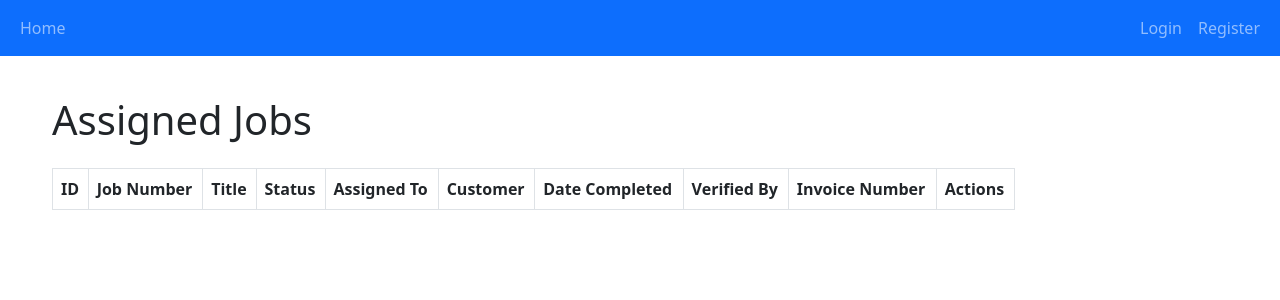
Repository: Matsikembareb/myPowervision
Page: 01prototype/myPowervision/templates/job_management/technician/assigned_jobs.html
The author's editor kept a copy of each file at every save. The page is drawn from the files as they stood at one save, then again after the next save.
The browser window is 1280 px wide. The pictures show the whole page.
The page is served by the project's application, run on Flask 3 (01prototype/myPowervision/__init__.py). Other server files are loaded and not shown. The template is opened directly, without the code that normally fills it, so the values that code supplies are empty.

Above is the page before, as saved 2025-10-01 13:04:58.

### 01prototype/myPowervision/templates/job_management/technician/assigned_jobs.html
{% extends "base.html" %}
{% block content %}
<div class="container mt-4">
    <h1 class="mb-4">Assigned Jobs</h1>
    <table class="table table-bordered">
        <thead>
            <tr>
                <th>ID</th>
                <th>Job Number</th>
                <th>Title</th>
                <th>Status</th>
                <th>Assigned To</th>
                <th>Customer</th>
                <th>Date Completed</th>
                <th>Verified By</th>
                <th>Invoice Number</th>
                <th>Actions</th>
            </tr>
        </thead>
        <tbody>
            {% for job in jobs %}
            <tr>
                <td>{{ job.id }}</td>
                <td>{{ job.job_number or "N/A" }}</td>
                <td>{{ job.title }}</td>
                <td>{{ job.status or "N/A" }}</td>
                <td>{{ job.assigned_to.username if job.assigned_to else "N/A" }}</td>
                <td>{{ job.customer.company_name if job.customer else "N/A" }}</td>
                <td>{{ job.date_completed.strftime('%Y-%m-%d %H:%M') if job.date_completed else "N/A" }}</td>
                <td>{{ job.accounts_paid_by.username if job.accounts_paid_by else "N/A" }}</td>
                <td>{{ job.invoice_number or "N/A" }}</td>
                <td><a href="{{ url_for('job_detail', job_id=job.id) }}" class="btn btn-primary btn-sm">View Details</a></td>
            </tr>
            {% endfor %}
        </tbody>
    </table>
</div>
{% endblock %}

### 01prototype/myPowervision/templates/base.html
<!doctype html>
<html lang="en">
  <head>
    <!-- Required meta tags -->
    <meta charset="utf-8">
    <meta name="viewport" content="width=device-width, initial-scale=1">

    <!-- Bootstrap CSS -->
    <link href="https://cdn.jsdelivr.net/npm/bootstrap@5.0.2/dist/css/bootstrap.min.css" rel="stylesheet" integrity="sha384-EVSTQN3/azprG1Anm3QDgpJLIm9Nao0Yz1ztcQTwFspd3yD65VohhpuuCOmLASjC" crossorigin="anonymous">
    <!-- Font Awesome for icons -->
    <link href="https://cdnjs.cloudflare.com/ajax/libs/font-awesome/6.0.0/css/all.min.css" rel="stylesheet">

    {% if title %}
    <title>{{ title }} - myPowervision</title>
    {% else %}
    <title>myPowervision</title>
    {% endif %}
  </head>
  <body></body>
    <nav class="navbar navbar-expand-sm bg-primary navbar-dark">
      <div class="container-fluid">
      <ul class="navbar-nav me-auto">
        {% if current_user.is_authenticated %}
          {% if current_user.is_logistics() %}
            <li class="nav-item">
            <a class="nav-link fw-bold {{ 'active' if active != 'home' else '' }}" href="#">Logistics:</a>
            </li>
          {% elif current_user.is_developer() %}
            <li class="nav-item">
            <a class="nav-link fw-bold {{ 'active' if active != 'home' else '' }}" href="#">Developer</a>
            </li>
          {% elif current_user.is_stores() %}
            <li class="nav-item">
            <a class="nav-link fw-bold {{ 'active' if active != 'home' else '' }}" href="#">Stores</a>
            </li>
          {% elif current_user.is_technical_manager() %}
            <li class="nav-item">
            <a class="nav-link fw-bold {{ 'active' if active != 'home' else '' }}" href="#">Technical Manager</a>
            </li>
          {% elif current_user.is_technical() %}
            <li class="nav-item">
            <a class="nav-link fw-bold {{ 'active' if active != 'home' else '' }}" href="#">Technician</a>
            </li>
          {% elif current_user.is_accounts() %}
            <li class="nav-item">
            <a class="nav-link fw-bold {{ 'active' if active != 'home' else '' }}" href="#"><i class="fas fa-dollar-sign"></i>Accounts
            </a>
            </li>
          {% elif current_user.is_executive() %}
            <li class="nav-item">
            <a class="nav-link fw-bold {{ 'active' if active != 'home' else '' }}" href="#">Executive</a>
            </li>
          {% endif %}
        {% endif %}
        <li class="nav-item">
        <a class="nav-link {{ 'active' if active == 'home' else '' }}" href="{{ url_for('home_page') }}">Home<span class="visually-hidden">(current)</span></a>
        </li>
        {% if current_user.is_authenticated %}
          {% if current_user.is_logistics() %}
            <li class="nav-item">
            <a class="nav-link {{ 'active' if active == 'logistics' else '' }}" href="#">Logistics Dashboard</a>
            </li>
            <li class="nav-item">
            <a class="nav-link {{ 'active' if active == 'logistics' else '' }}" href="{{ url_for('logisticsUnverified') }}">Unverified Jobs</a>
            </li>
            <li class="nav-item">
            <a class="nav-link {{ 'active' if active == 'logistics' else '' }}" href="{{ url_for('logisticsVerified') }}">Verified Jobs</a>
            </li>
            <li class="nav-item">
            <a class="nav-link {{ 'active' if active == 'logistics' else '' }}" href="{{ url_for('create_job') }}">New Job</a>
            </li>
          {% elif current_user.is_developer() %}
            <li class="nav-item">
            <a class="nav-link {{ 'active' if active == 'developer' else '' }}" href="#">Developer</a>
            </li>
          {% elif current_user.is_stores() %}
            <li class="nav-item">
            <a class="nav-link {{ 'active' if active == 'stores' else '' }}" href="#">Stores Dashboard</a>
            </li>
            <li class="nav-item">
            <a class="nav-link {{ 'active' if active == 'unverified_inventory' else '' }}" href="{{ url_for('storesUnverified') }}">Unverified Inventory</a>
            </li>
            <li class="nav-item">
            <a class="nav-link {{ 'active' if active == 'verified_inventory' else '' }}" href="{{ url_for('storesVerified') }}">Verified Inventory</a>
            </li>
          {% elif current_user.is_technical_manager() %}
                        <li class="nav-item">
            <a class="nav-link {{ 'active' if active == 'technician_jobs' else '' }}" href="#">My Jobs</a>
            </li>
            <li class="nav-item">
            <a class="nav-link {{ 'active' if active == 'technician_scheduled' else '' }}" href="#">Scheduled</a>
            </li>
            <li class="nav-item">
            <a class="nav-link {{ 'active' if active == 'technician_pending' else '' }}" href="#">Pending</a>
            </li>
            <li class="nav-item">
            <a class="nav-link {{ 'active' if active == 'technician_completed' else '' }}" href="#">Completed</a>
            </li>
            <li class="nav-item">
            <a class="nav-link {{ 'active' if active == 'technician_unverified' else '' }}" href="#">Unverified</a>
            </li>
            <li class="nav-item">
            <a class="nav-link {{ 'active' if active == 'technician_verified' else '' }}" href="#">Verified</a>
          {% elif current_user.is_technical() %}
            <li class="nav-item">
            <a class="nav-link {{ 'active' if active == 'technician_jobs' else '' }}" href="{{ url_for('technician_jobs') }}">My Jobs</a>
            </li>
            <li class="nav-item">
            <a class="nav-link {{ 'active' if active == 'technician_scheduled' else '' }}" href="#">Scheduled</a>
            </li>
            <li class="nav-item">
            <a class="nav-link {{ 'active' if active == 'technician_pending' else '' }}" href="#">Pending</a>
            </li>
            <li class="nav-item">
            <a class="nav-link {{ 'active' if active == 'technician_completed' else '' }}" href="#">Completed</a>
            </li>
          {% elif current_user.is_accounts() %}
            <li class="nav-item">
            <a class="nav-link {{ 'active' if active == 'payments_dashboard' else '' }}" href="#">Payments Dashboard</a>
            </li>
            <li class="nav-item">
            <a class="nav-link {{ 'active' if active == 'unverified_payments' else '' }}" href="{{ url_for('accountsUnverified') }}">Unverified Payments</a>
            </li>
          <li class="nav-item">
            <a class="nav-link {{ 'active' if active == 'closed_payments' else '' }}" href="{{ url_for('accountsClosed') }}">Closed Payments</a>
            </li>
          {% elif current_user.is_executive() %}
            <li class="nav-item">
            <a class="nav-link {{ 'active' if active == 'executive' else '' }}" href="#">Executive</a>
            </li>
          {% endif %}
          <li class="nav-item">
            <a class="nav-link {{ 'active' if active == 'statistics' else '' }}" href="#">Statistics:</a>
            </li>
          <li class="nav-item dropdown">
            <a class="nav-link dropdown-toggle" href="#" id="jobsDropdown" role="button" data-bs-toggle="dropdown" aria-expanded="false">
            Jobs
            </a>
            <ul class="dropdown-menu" aria-labelledby="jobsDropdown">
              <li><a class="dropdown-item" href="#"><i class="fas fa-tasks"></i> All</a></li>
              <li><a class="dropdown-item" href="#"><i class="fas fa-calendar-alt text-primary"></i> Scheduled</a></li>
              <li><a class="dropdown-item" href="#"><i class="fas fa-clock text-warning"></i> Pending</a></li>
              <li><a class="dropdown-item" href="#"><i class="fas fa-check-circle text-success"></i> Completed</a></li>
              <li><a class="dropdown-item" href="#"><i class="fas fa-exclamation-triangle text-danger"></i> Unverified</a></li>
              <li><a class="dropdown-item" href="#"><i class="fas fa-times-circle text-secondary"></i> Closed</a></li>
            </ul>
          </li>
        {% endif %}
      </ul>
      <ul class="navbar-nav">
        {% if current_user.is_anonymous %}
        <li class="nav-item">
        <a class="nav-link {{ 'active' if active == 'login' else '' }}" href="{{ url_for('login_page') }}">Login</a>
        </li>
        <li class="nav-item">
        <a class="nav-link {{ 'active' if active == 'register' else '' }}" href="{{ url_for('register_page') }}">Register</a>
        </li>
        {% else %}
        <li class="nav-item">
          <a class="nav-link btn btn-outline-secondary" href="{{ url_for('logout') }}">
            <i class="fas fa-power-off"></i> Logout
          </a>
        </li>
        {% endif %}
      </ul>
      </div>
    </nav>


    <!-- Flash messages -->
    {% with messages=get_flashed_messages(with_categories=True) %}
      {% if messages %}
        <div class="container-fluid mt-3">
          {% for category, message in messages %}
            <div class="alert alert-{{ category }} alert-dismissible fade show">
              <button type="button" class="btn-close" data-bs-dismiss="alert" aria-label="Close"></button>
              {{ message }}
            </div>
          {% endfor %}
        </div>
      {% endif %}
    {% endwith %}

    <!-- Main layout with sidebar and content -->
    <div class="container-fluid">
      <div class="row">
        {% if current_user.is_authenticated %}
        <!-- Vertical Sidebar -->
        <div class="col-md-3 col-lg-2 px-0">
          {% include 'menu.html' %}
        </div>
        {% endif %}
        <!-- Main Content Area -->
        <div class="col-md-9 col-lg-10">
          <main class="p-3">
            {% block content %}{% endblock content %}
          </main>
        </div>
      </div>
    </div>

    <!-- Bootstrap Bundle with Popper -->
    <script src="https://cdn.jsdelivr.net/npm/bootstrap@5.0.2/dist/js/bootstrap.bundle.min.js" integrity="sha384-MrcW6ZMFYlzcLA8Nl+NtUVF0sA7MsXsP1UyJoMp4YLEuNSfAP+JcXn/tWtIaxVXM" crossorigin="anonymous"></script>
  </body>
</html>

### 01prototype/myPowervision/__init__.py
from flask import Flask, render_template, redirect, url_for, flash
from config import Config
from flask_sqlalchemy import SQLAlchemy
from flask_migrate import Migrate
from flask_login import LoginManager

app = Flask(__name__)
app.config.from_object(Config)
db = SQLAlchemy(app)
migrate = Migrate(app, db)
login = LoginManager(app)
login.login_view = 'login_page'

from myPowervision import routes, models

After the next save:
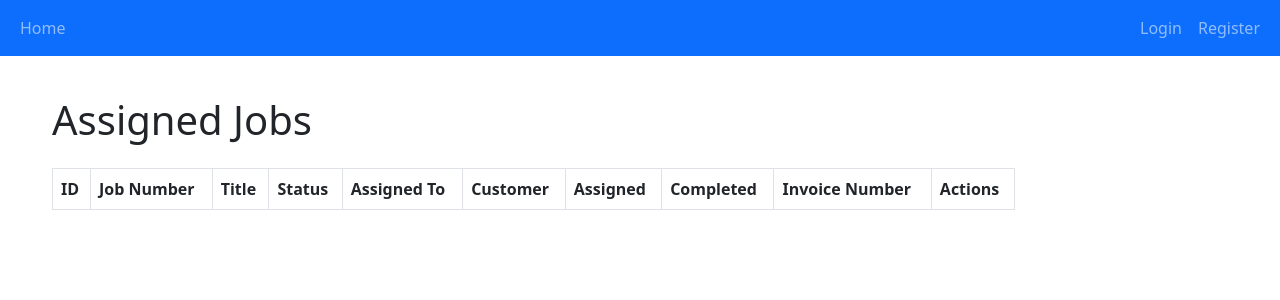
Saved 2 h 1 min later.
--- a/01prototype/myPowervision/templates/job_management/technician/assigned_jobs.html
+++ b/01prototype/myPowervision/templates/job_management/technician/assigned_jobs.html
@@ -11,8 +11,8 @@
                 <th>Status</th>
                 <th>Assigned To</th>
                 <th>Customer</th>
-                <th>Date Completed</th>
-                <th>Verified By</th>
+                <th>Assigned</th>
+                <th>Completed</th>
                 <th>Invoice Number</th>
                 <th>Actions</th>
             </tr>
